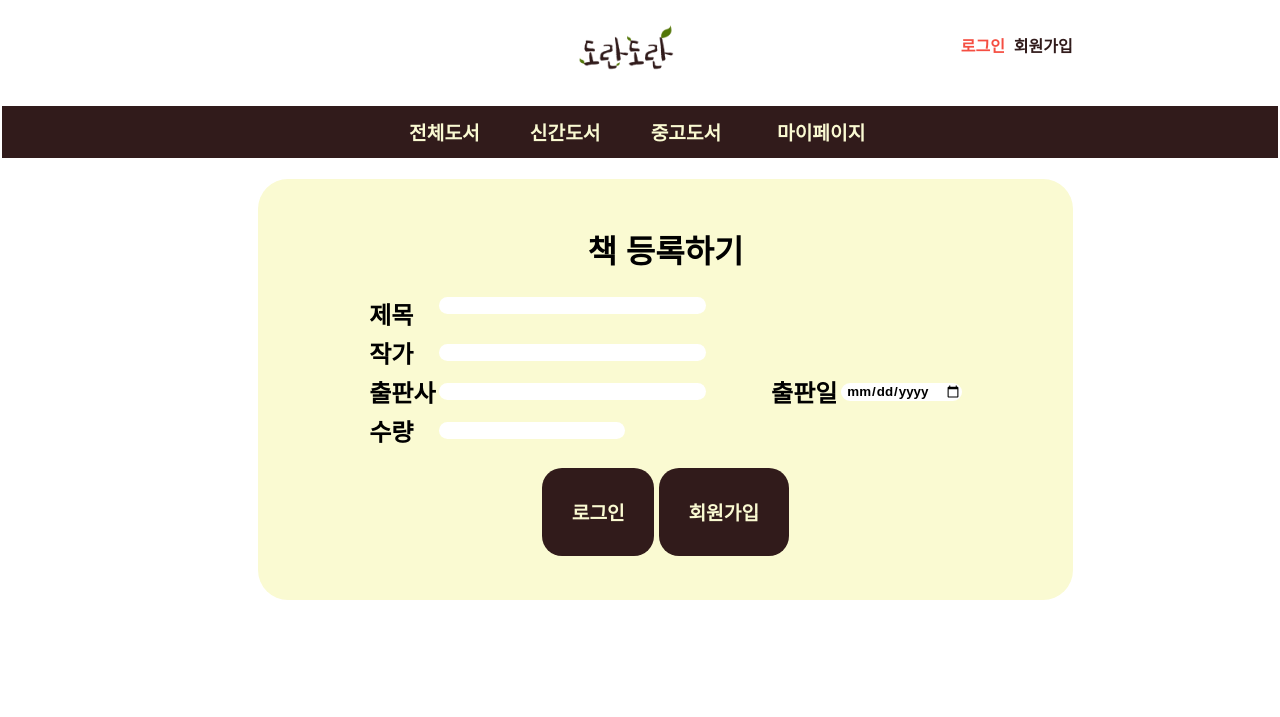
Repository: juhyun110701/DORANDORAN
Page: http://localhost/dorandoran/bookEnroll.jsp
The author's editor kept a copy of each file at every save. The page is drawn from the files as they stood at one save, then again after the next save.
The browser window is 1280 px wide. The pictures show the whole page.
Some web fonts or font styles are not loaded; a fallback is used. The page is served by Tomcat 9.

Above is the page before, as saved 2019-07-30 13:54:18.

After the next save:
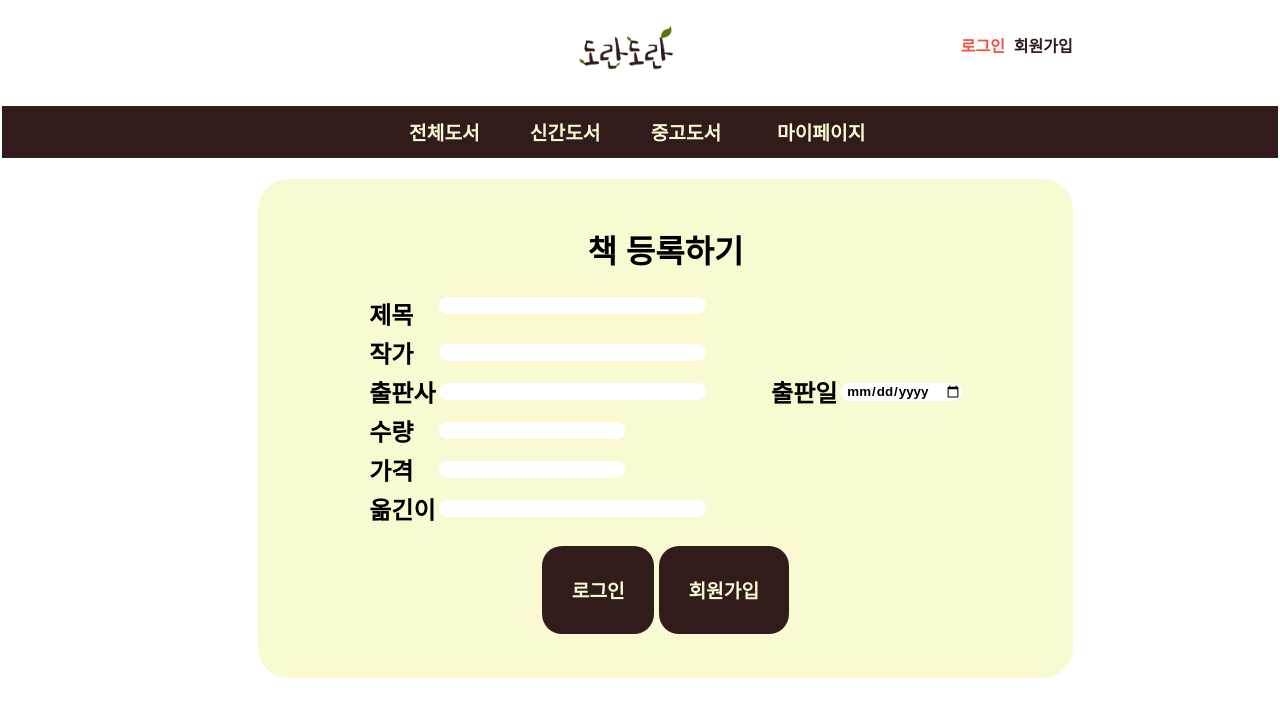
Saved 2 min 7 s later.
--- a/dorandoran/WebContent/bookEnroll.jsp
+++ b/dorandoran/WebContent/bookEnroll.jsp
@@ -57,6 +57,22 @@
                             </td>
                        </tr>
                        <tr>
+                            <td>
+                                <font size="5%">가격</font>
+                            </td>
+                            <td  colspan=4>
+                                <input type="number" name="price" class="text" size=30>
+                            </td>
+                       </tr>
+                       <tr>
+                            <td>
+                                <font size="5%">옮긴이</font>
+                            </td>
+                            <td  colspan=4>
+                                <input type="text" name="translator" class="text" size=30>
+                            </td>
+                       </tr>
+                       <tr>
                            <td colspan=5 align="center">
                            	<p>
                            	<input type="button" id="login" class="btn" value="로그인" onclick="check()">
